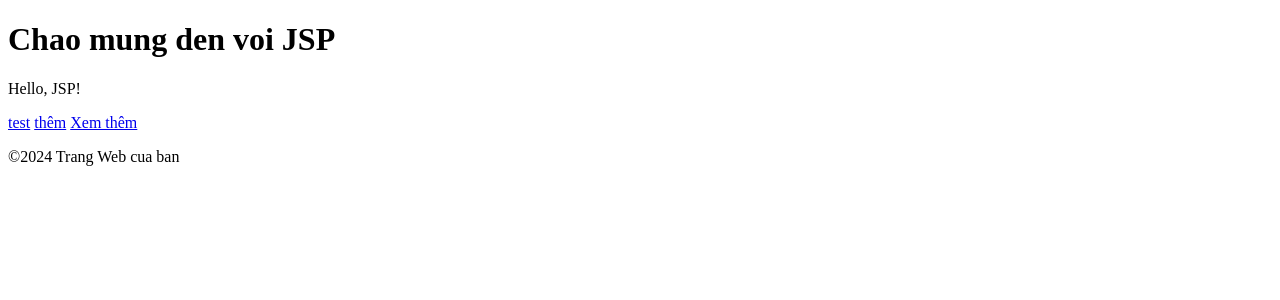
Repository: vuduckhoa/K22CNT2_VuDucKhoa_2210900032_project3
Page: http://localhost/K22CNT2_VuDucKhoa_2210900032_PRJ3/
These files come from the project's save history. The page is drawn as it stood at one moment and after the next save; the edit follows.
The browser window is 1280 px wide. The pictures show the whole page.
The page is served by Tomcat 9.

Above is the page before, as saved 2025-02-28 02:46:40.

After the next save:
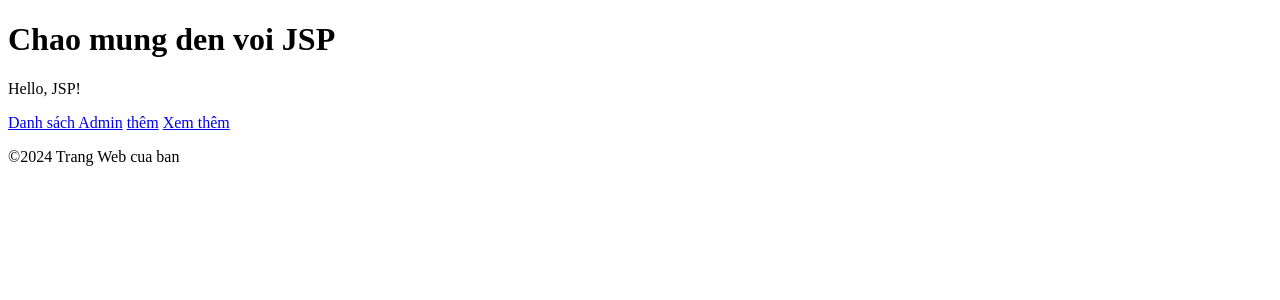
Saved 91 s later.
--- a/K22CNT2_VuDucKhoa_2210900032_PRJ3/src/main/webapp/index.jsp
+++ b/K22CNT2_VuDucKhoa_2210900032_PRJ3/src/main/webapp/index.jsp
@@ -21,7 +21,8 @@
    out.print("<p>" + message + "</p>");
    %>
    </div>
-    <a href="list">test</a>
+   <a href="${pageContext.request.contextPath}/list">Danh sách Admin</a>
+
    <a href="saveform">thêm</a>
   <td><a href="viewform" class="view-more-link">Xem thêm</a></td>
    <div class="footer">

After the save that followed:
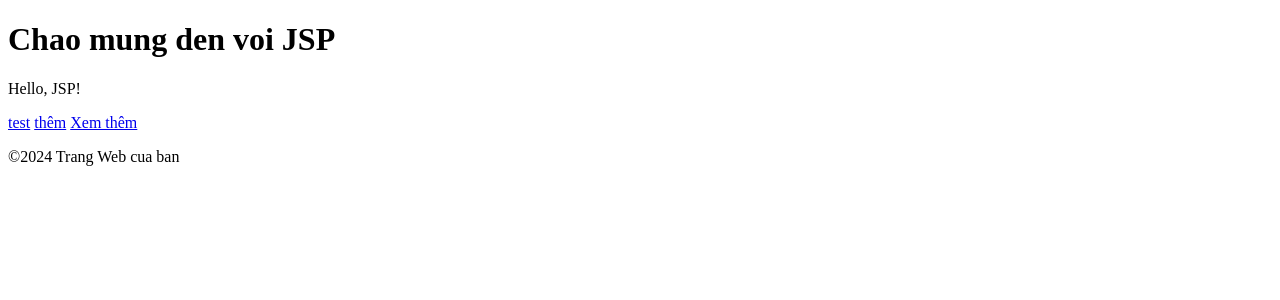
Saved 3 min 59 s later.
--- a/K22CNT2_VuDucKhoa_2210900032_PRJ3/src/main/webapp/index.jsp
+++ b/K22CNT2_VuDucKhoa_2210900032_PRJ3/src/main/webapp/index.jsp
@@ -21,8 +21,7 @@
    out.print("<p>" + message + "</p>");
    %>
    </div>
-   <a href="${pageContext.request.contextPath}/list">Danh sách Admin</a>
-
+    <a href="list">test</a>
    <a href="saveform">thêm</a>
   <td><a href="viewform" class="view-more-link">Xem thêm</a></td>
    <div class="footer">
